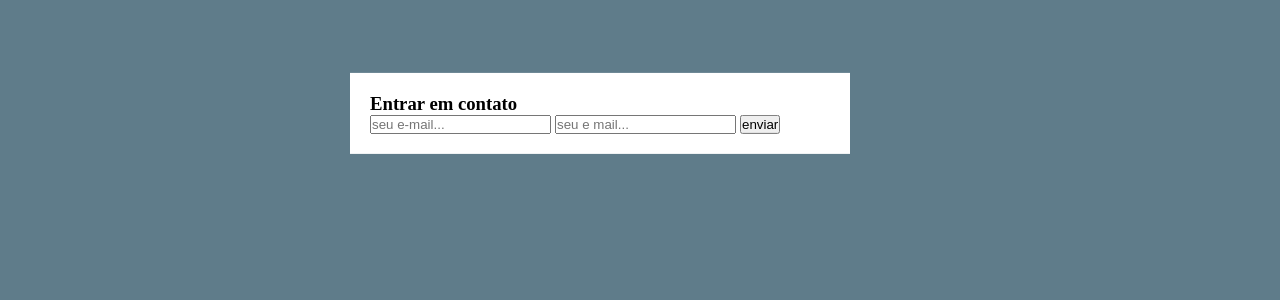
Repository: josceno/Sistema-para-controle-de-experimenta-o-animal
Page: index.html
The author's editor kept a copy of each file at every save. The page is drawn from the files as they stood at one save, then again after the next save.
The browser window is 1280 px wide. The pictures show the whole page.

Above is the page before, as saved 2021-09-13 15:21:50.

### index.html
<html>
    <head>
        <title>Form Contato</title>

    </head>
    <style>
        *{margin:0; padding:0;box-sizing: border-box;}
        body
        {
            background-color: #5f7C8A;
        }
        form
        {
            background-color: white;
            max-width: 500px;
            width: 70%;
            padding:20px;
            position:absolute;
            left: "50%";
            top: "50%";

            transform: translate(70%,90%);
        }
    </style>

    <body>

        <form>
            <h3>Entrar em contato</h3>
            <input type="text" name ="email" placeholder= "seu e-mail..."/>
            <input type = "text" name = "email" placeholder=  "seu e mail..."/>
            <input type =  "submit"name = "acao" value = "enviar"/>
        </form>
    </body>
</html>

After the next save:
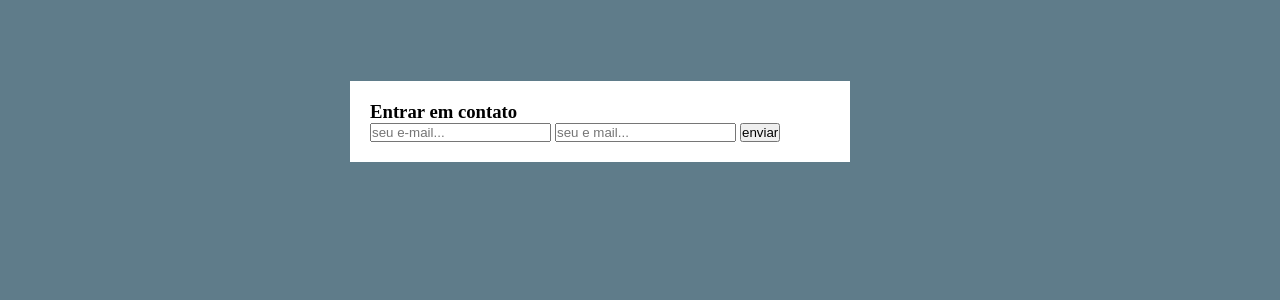
Saved 9 s later.
--- a/index.html
+++ b/index.html
@@ -19,7 +19,7 @@
             left: "50%";
             top: "50%";
 
-            transform: translate(70%,90%);
+            transform: translate(70%,100%);
         }
     </style>
 
